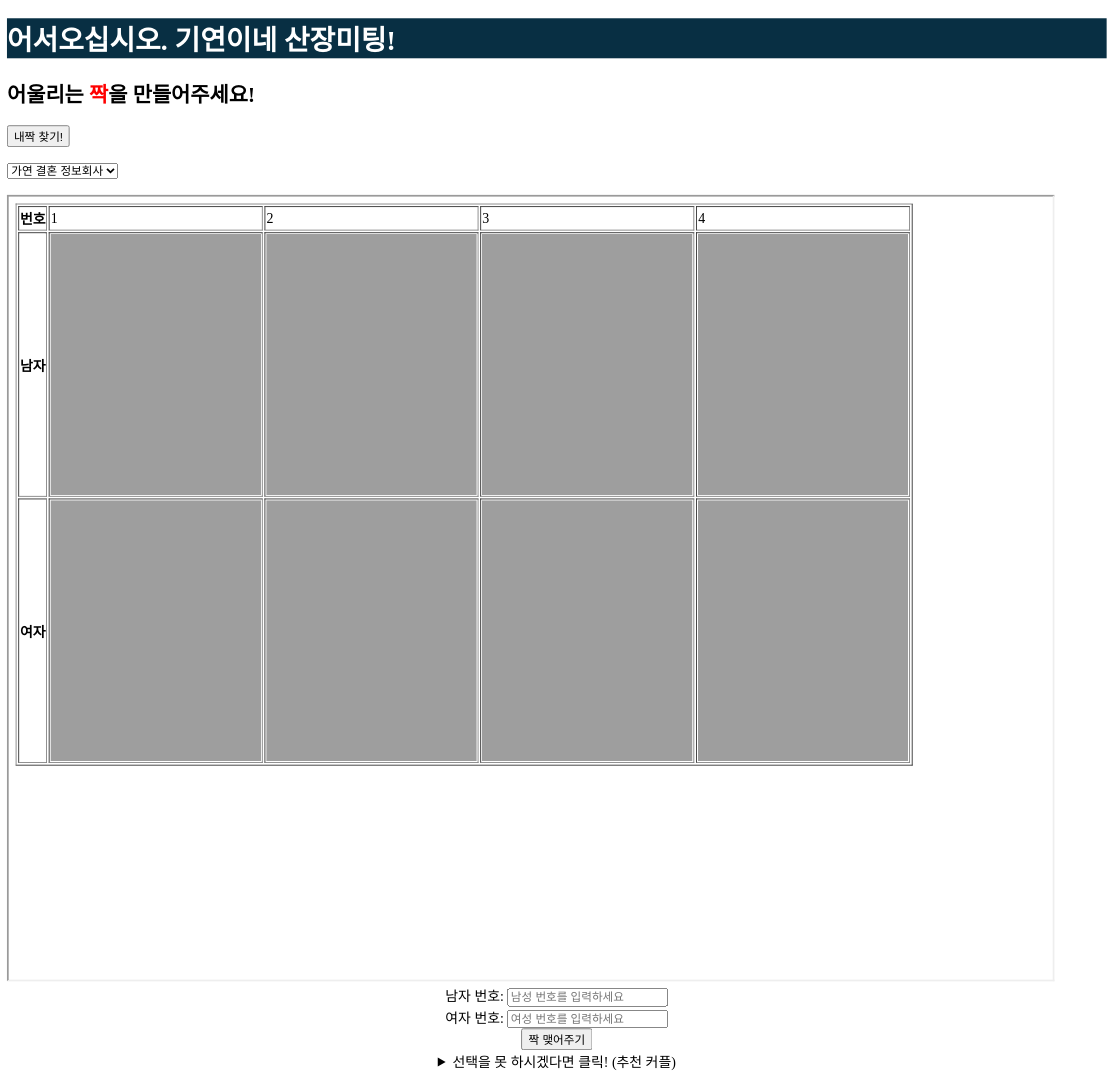
Repository: trapezer84/JSP
Page: http://localhost/AEA_Assignment/
These files come from the project's save history. The page is drawn as it stood at one moment and after the next save; the edit follows.
The browser window is 1280 px wide. The pictures show the whole page, at 87% of full size.
The page is served by Tomcat 9. Other server files are loaded and not shown.

Above is the page before, as saved 2016-02-04 11:33:40.

### AEA_Assignment/WebContent/index.jsp
<%@ page language="java" contentType="text/html; charset=UTF-8"
	pageEncoding="UTF-8"%>
<!DOCTYPE html>
<html>
<head>
<meta http-equiv="Content-Type" content="text/html; charset=UTF-8">
<title>Insert title here</title>
</head>
<body>

	<div style="background: #082f43; color: white; padding:120">
		<h1>어서오십시오. 기연이네 산장미팅!</h1>
	</div>

	<div>
		<h2>
			어울리는 <span style="color: red">짝</span>을 만들어주세요!
		</h2>
		<a href="http://www.gayeon.com/guide/event_10th.asp" target="_blank">
			<button type="button" onclick="alert('잘 생각 하셨습니다!')">내짝 찾기!</button>
		</a>
	</div>

	<br />

	<div>
		<select name="carlist" form="carform">
			<option value="pageA">가연 결혼 정보회사</option>
			<option value="pageB">결혼해 듀오</option>
			<option value="pageC">디노블 결혼회사</option>
			<option value="pageD">기연이의 블로그</option>
		</select>
	</div>


	<br />
	<iframe src="./showIdealType.jsp" width="1200" height="900"></iframe>

	<div align="center">
		<form method="post" action="/SelectIdealType/result">
			남자 번호: <input type="text" name="man" placeholder="남성 번호를 입력하세요"><br>
			여자 번호: <input type="text" name="woman" placeholder="여성 번호를 입력하세요"><br>
			<input type="submit" value="짝 맺어주기">
		</form>

		<details style="color: black">
			<summary>선택을 못 하시겠다면 클릭! (추천 커플)</summary>
			<p>1번 3번</p>
			<p>2번 4번</p>
			<p>3번 1번</p>
			<p>4번 2번</p>
		</details>

	</div>

</body>
</html>

### AEA_Assignment/WebContent/showIdealType.jsp
<%@ page language="java" contentType="text/html; charset=UTF-8"
	pageEncoding="UTF-8"%>
<!DOCTYPE html PUBLIC "-//W3C//DTD HTML 4.01 Transitional//EN" "http://www.w3.org/TR/html4/loose.dtd">
<html>
<head>
<meta http-equiv="Content-Type" content="text/html; charset=UTF-8">
<title>Insert title here</title>
</head>
<body>

	<div>
		<table border="1">
			<tr>
				<th>번호</th>
				<td>1</td>
				<td>2</td>
				<td>3</td>
				<td>4</td>
			</tr>
			<tr>
				<th>남자</th>
				<td><img alt=""
					src="http://www.fashionseoul.com/wp-content/uploads/2014/02/20140203_TNGT_LeeJinWook-1.jpg"
					width="242" height="300"></td>
				<td><img
					src="https://s-media-cache-ak0.pinimg.com/236x/2a/0d/40/2a0d40b832ada4ad59a0372a74af5a98.jpg"
					width="242" height="300"></td>
				<td><img
					src="http://www.justmedia.co.kr/news/photo/201512/1105_809_2311.jpg"
					width="242" height="300"></td>
				<td><img
					src="http://pds.joins.com/news/component/osen/201106/14/201106141123772500_1.jpg"
					width="242" height="300"></td>
			</tr>

			<tr>
				<th>여자</th>
				<td><img
					src="http://thestar.chosun.com/site/data/img_dir/2011/02/18/2011021800649_0.jpg"
					width="242" height="300"></td>
				<td><img
					src="http://www.iworldtoday.com/news/photo/201602/185426_59589_165.jpg"
					width="242" height="300"></td>
				<td><img
					src="http://img.etoday.co.kr/pto_db/2015/07/600/20150729095216_684468_656_870.jpg"
					width="242" height="300"></td>
				<td><img
					src="https://file2.instiz.net/data/file2/2015/11/19/1/3/3/1331ca94dce6692b630b56d3acc72d41.jpg"
					width="242" height="300"></td>
			</tr>

		</table>
	</div>

</body>
</html>

After the next save:
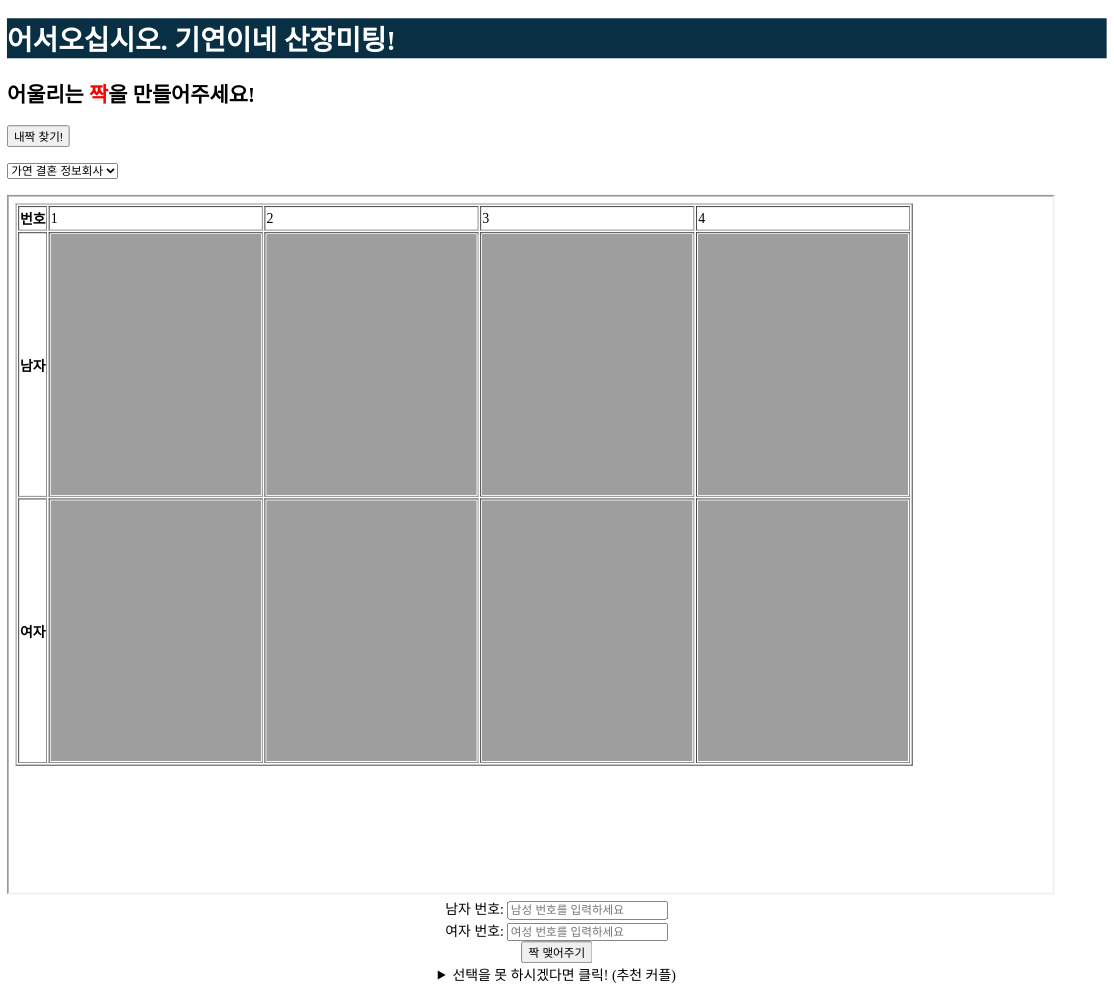
Saved 8 s later.
--- a/AEA_Assignment/WebContent/index.jsp
+++ b/AEA_Assignment/WebContent/index.jsp
@@ -34,7 +34,7 @@
 
 
 	<br />
-	<iframe src="./showIdealType.jsp" width="1200" height="900"></iframe>
+	<iframe src="./showIdealType.jsp" width="1200" height="800"></iframe>
 
 	<div align="center">
 		<form method="post" action="/SelectIdealType/result">
